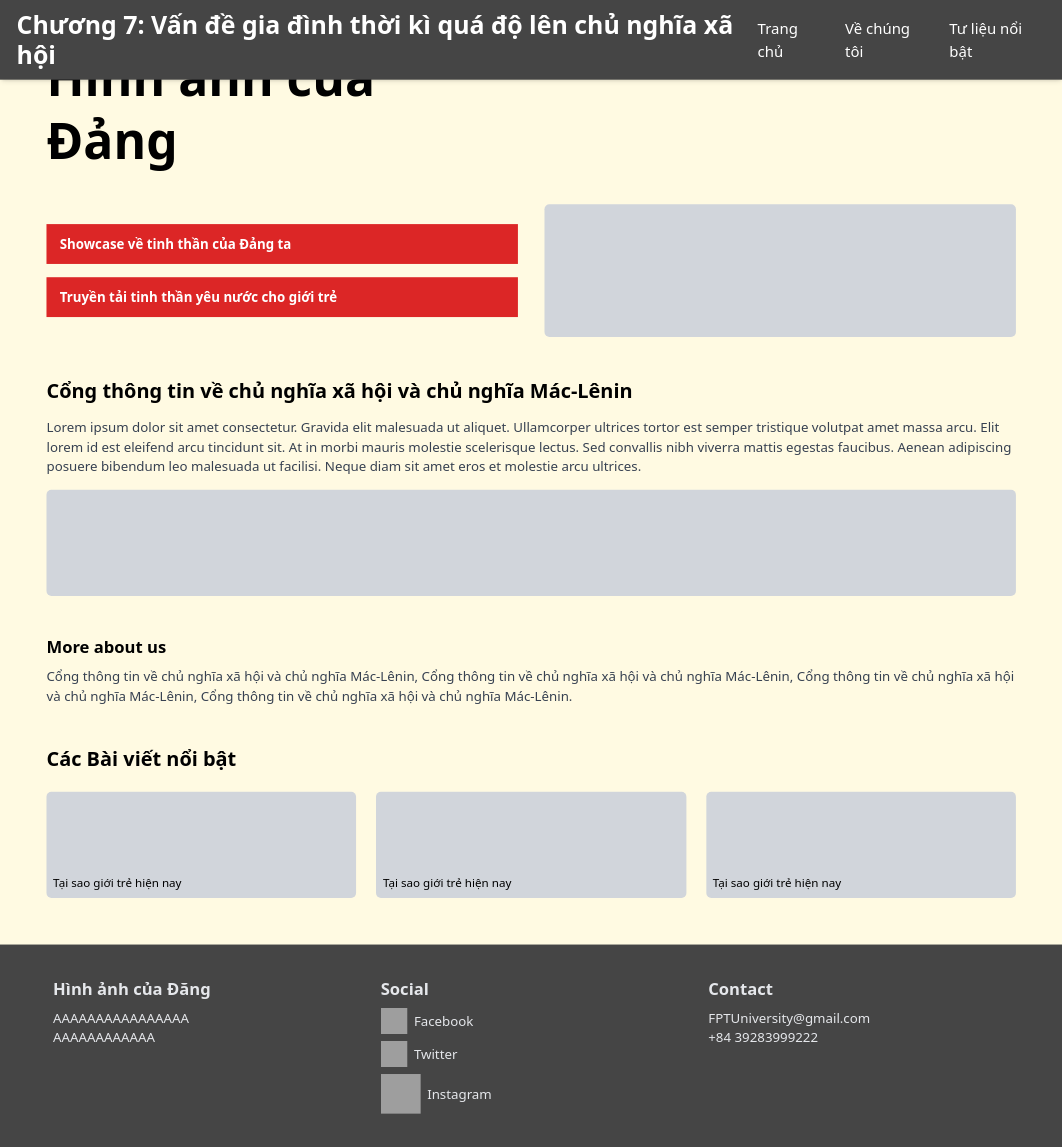
Repository: ultrakhaicraft/PRN232-Website-Showcase
Page: / (app in PRN232/)
An editor plug-in stored every save of this project. The page is shown before and after the next save, followed by the edit.
The browser window is 1280 px wide. The pictures show the whole page, at 83% of full size.
Pictures or frames that could not be fetched are drawn as grey boxes. The project was rebuilt for these pictures with package versions that can differ from the ones it lists, and the page was loaded fresh each time. Also part of the build but not shown: PRN232/vite.config.js, PRN232/src/pages/About.jsx, PRN232/src/pages/News.jsx.

Above is the page before, as saved 2025-09-17 19:11:33.

After the next save:
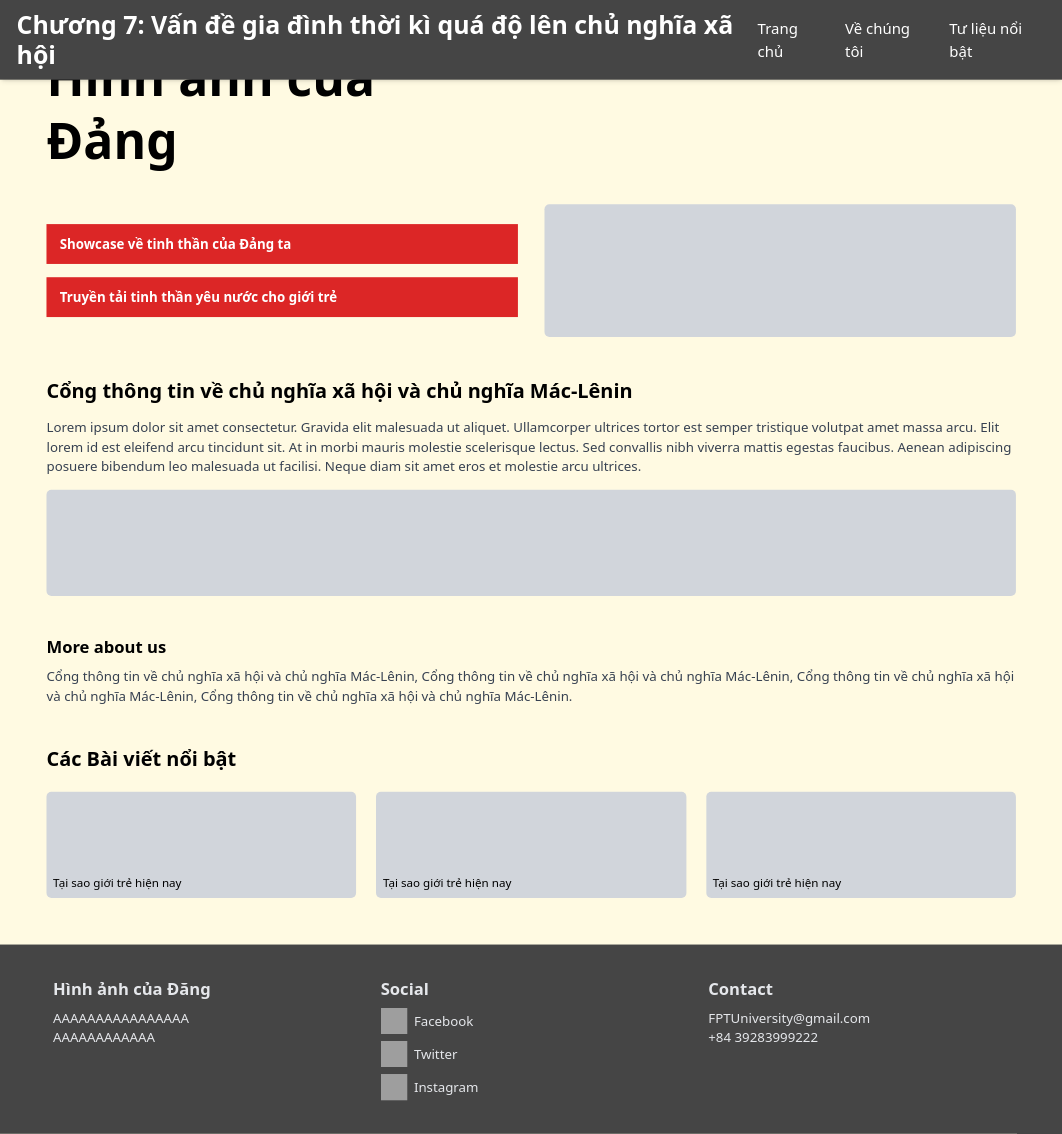
Saved 9 s later.
--- a/PRN232/src/components/Footer.jsx
+++ b/PRN232/src/components/Footer.jsx
@@ -31,7 +31,7 @@ function Footer() {
       <a href="#" className="hover:text-blue-400">Twitter</a>
     </li>
     <li className="flex items-center gap-2">
-      <img src={instagramLogo} alt="Instagram" className="w-12 h-12" />
+      <img src={instagramLogo} alt="Instagram" className="w-8 h-8" />
       <a href="#" className="hover:text-blue-400">Instagram</a>
     </li>
   </ul>
